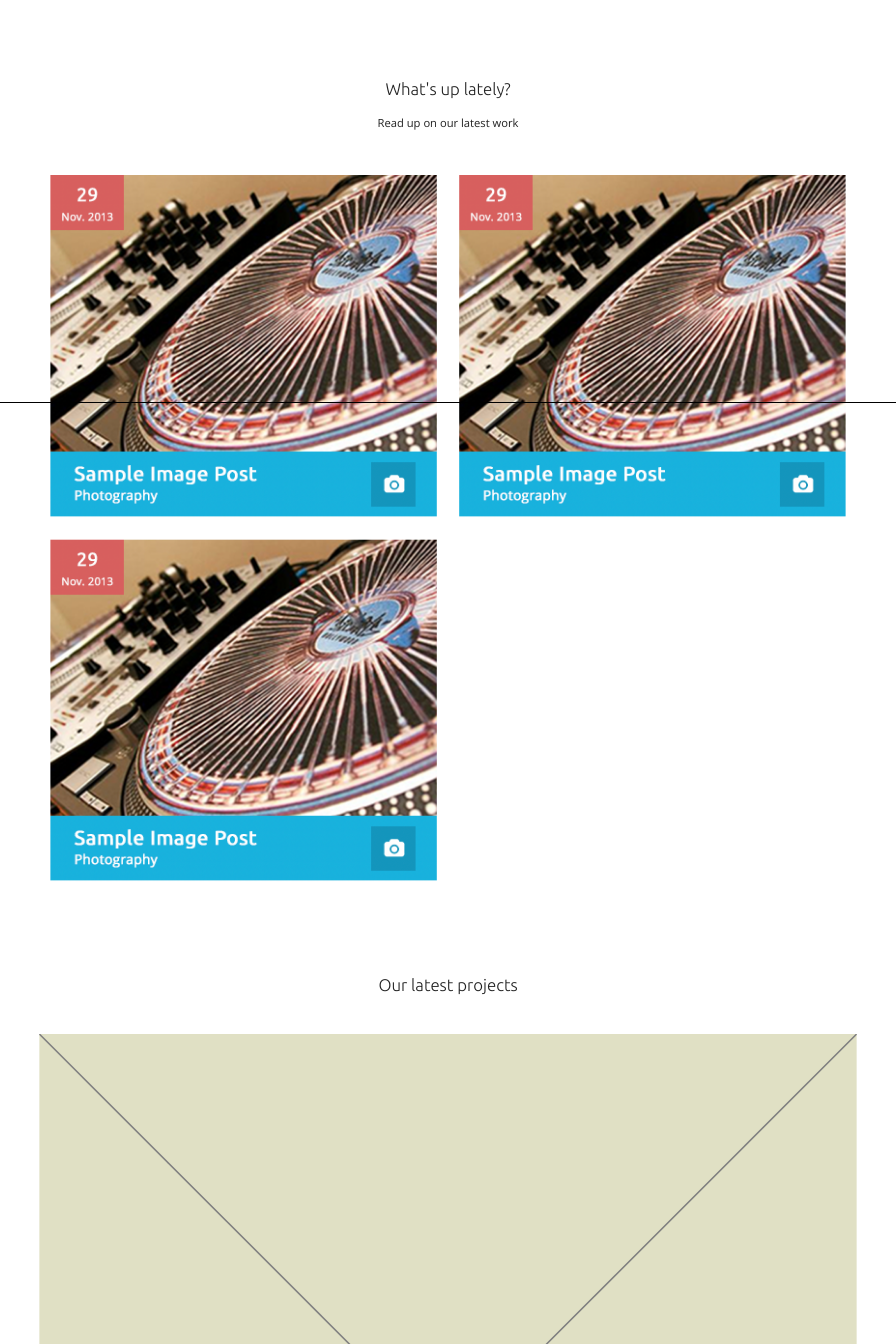
Repository: lpcmendoza/LAB02BF_Group9
Page: index.html
An editor plug-in stored every save of this project. The page is shown before and after the next save, followed by the edit.
The browser window is 1280 px wide. The pictures show the part of the page from y = 2330 to 4250 px (the page is 13182 px tall before and 12489 px after), at 70% of full size.

Above is the page before, as saved 2024-02-11 22:58:06.

After the next save:
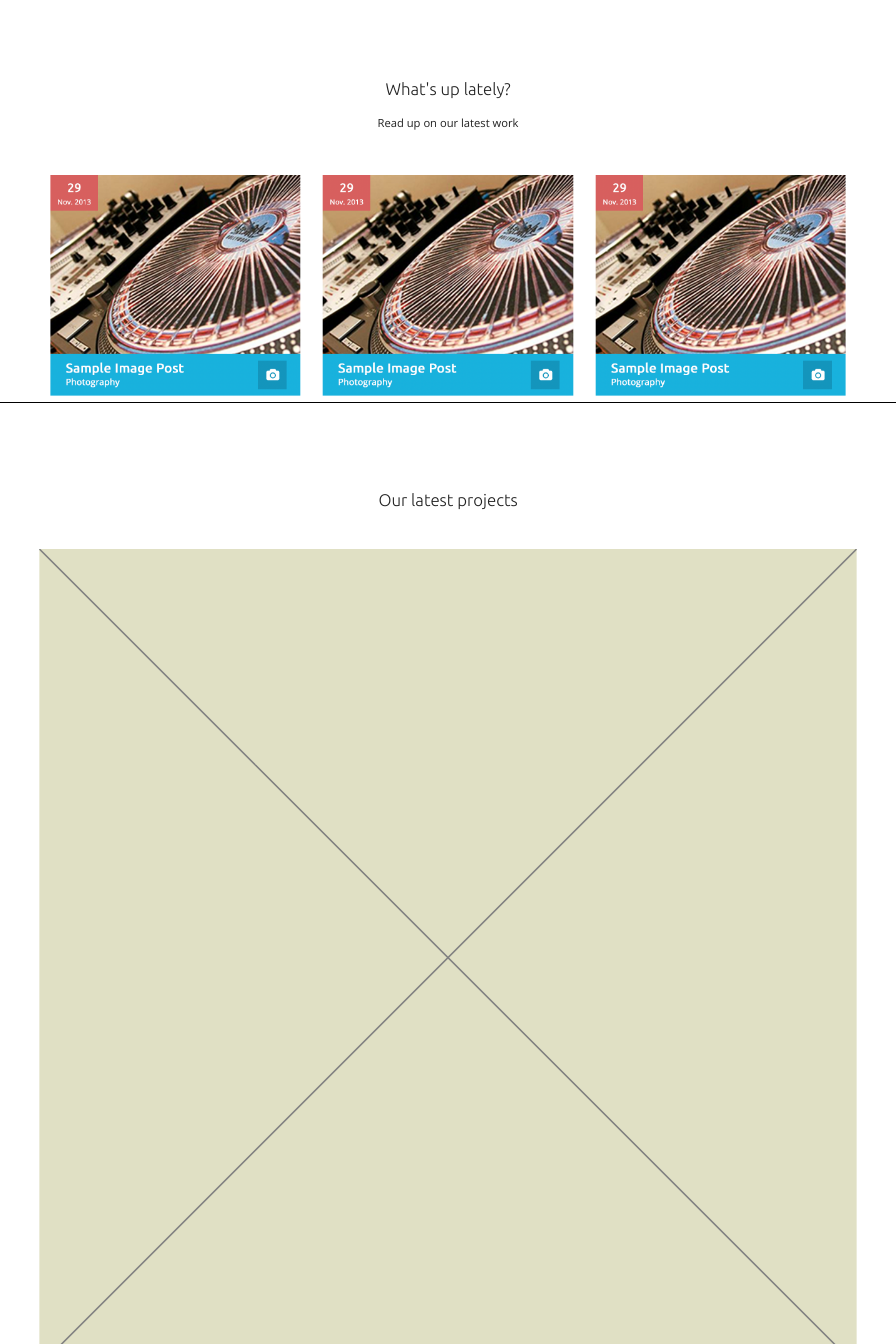
Saved 45 s later.
--- a/css/style.css
+++ b/css/style.css
@@ -467,6 +467,11 @@
     display: initial;
   }
 
+  .whats-new-content {
+    display: grid;
+    grid-template-columns: 1fr 1fr 1fr;
+  }
+
 }
 
 
